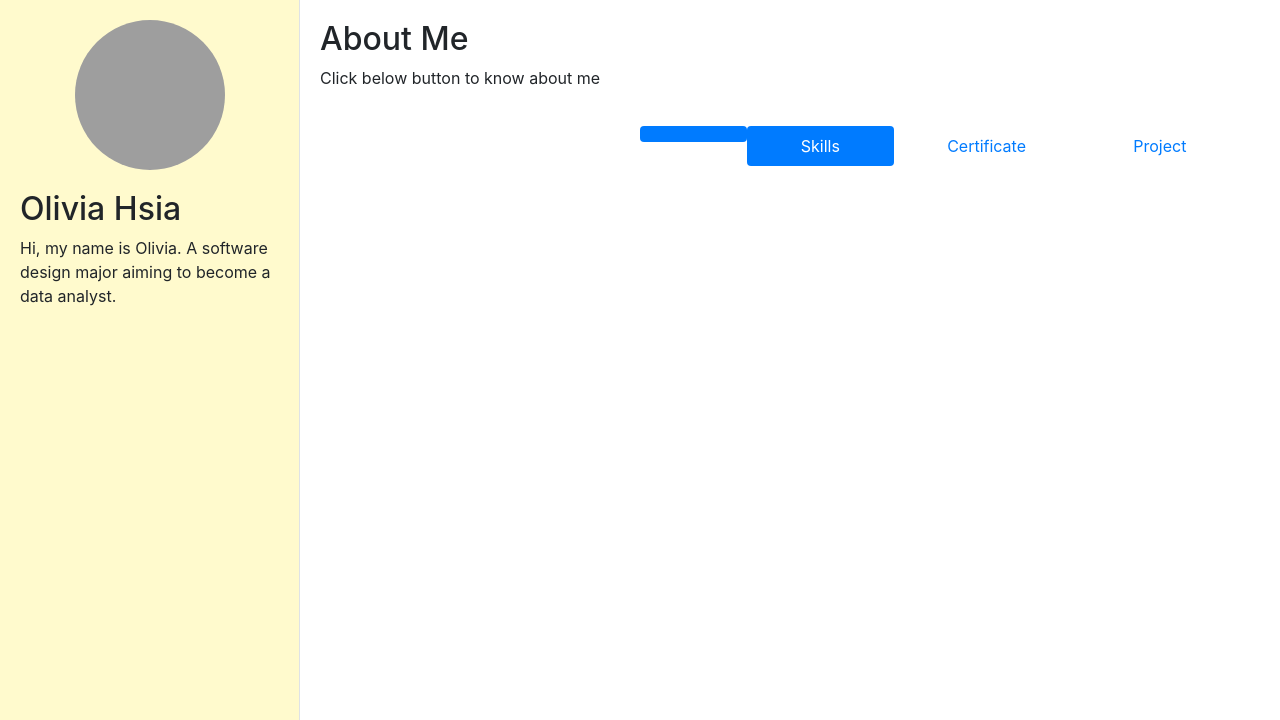
Repository: oliviahsia/FinalProject
Page: src/main/webapp/WEB-INF/main.html
The author's editor kept a copy of each file at every save. The page is drawn from the files as they stood at one save, then again after the next save.
The browser window is 1280 px wide. The pictures show the whole page.
Pictures or frames that could not be fetched are drawn as grey boxes. An inner scrolling area shows only its first screen. Some web libraries are served in a nearby version.

Above is the page before, as saved 2024-03-09 18:25:51.

### src/main/webapp/WEB-INF/main.html
<!DOCTYPE html>
<html lang="en">

<head>
  <meta charset="UTF-8">
  <meta name="viewport" content="width=device-width, initial-scale=1.0">
  <title>Olivia's Portfolio</title>

  <!-- Bootstrap CSS -->
  <link rel="stylesheet" href="https://stackpath.bootstrapcdn.com/bootstrap/4.5.2/css/bootstrap.min.css">
  <!-- External CSS File -->
  <link rel="stylesheet" href="main.css">
</head>

<body>
  <div class="fixed-left">
    <!-- Content in left column -->
    <img src="https://lh3.googleusercontent.com/a/ACg8ocKWVQM9hWLLmIxDOQ-8DDjxv5seJuP0P7FXzxbhLupS1Ffm=s576-c-no"
      alt="Olivia Hsia" class="profile-pic">
    <h2>Olivia Hsia</h2>
    <p>Hi, my name is Olivia. A software design major aiming to become a data analyst. </p>
  </div>

  <div class="scrollable-right">
    <!-- Content in right column -->
    <h2>About Me</h2>
    <p>Click below button to know about me</p>

    <div class="scrollable-right">

      <!-- Navigation buttons replaced with Bootstrap nav-pills -->

      <ul class="nav nav-pills nav-fill">

        <li class="nav-item">
         <a class="nav-link active" href="#" onclick="showSection('Skills',this)"></a>
        </li>

        <li class="nav-item">
          <a class="nav-link active" href="#" onclick="showSection('Skills',this)">Skills</a>
        </li>

        <li class="nav-item">
          <a class="nav-link" href="#" onclick="showSection('Certificate',this)">Certificate</a>
        </li>

        <li class="nav-item">
          <a class="nav-link" href="#" onclick="showSection('Project',this)">Project</a>
        </li>

      </ul>

<!-- Content sections (update as needed with card-like design) -->
<div id="Skills" class="content-section">
  <!-- Add card-like elements here -->
</div>
<div id="Certificate" class="content-section" style="display: none;">
  <!-- Add card-like elements here -->
</div>
<div id="Project" class="content-section" style="display: none;">
  <!-- Add card-like elements here -->
</div>



    </div>

    <!-- Add more content as needed to enable scrolling -->
  </div>

  <!-- Bootstrap JS and dependencies (Optional) -->
  <script src="https://code.jquery.com/jquery-3.5.1.slim.min.js"></script>
  <script src="https://cdn.jsdelivr.net/npm/@popperjs/core@2.5.4/dist/umd/popper.min.js"></script>
  <script src="https://stackpath.bootstrapcdn.com/bootstrap/4.5.2/js/bootstrap.min.js"></script>

  <script src="js/script.js"></script>
</body>

</html>

### src/main/webapp/WEB-INF/main.css
/* Custom styles */
body,
html {
  height: 100%;
  margin: 0;
  /* Remove default margin */
}

.fixed-left {
  position: fixed;
  top: 0;
  left: 0;
  width: 300px;
  /* Set the width of the left column */
  height: 100%;
  background-color: #FFFACD;
  /* Goose yellow for the left column */
  border-right: 1px solid #dee2e6;
  /* Optional border */
  overflow-x: hidden;
  /* Prevent horizontal scrollbar */
  padding: 20px;
  /* Optional padding */
}

.profile-pic {
  width: 150px;
  /* Adjust the size as needed */
  height: 150px;
  /* Adjust the size as needed */
  border-radius: 50%;
  /* Makes the image round */
  display: block;
  /* To center the image in the div */
  margin: 0 auto 20px;
  /* Centers the image and adds space below */
}

.scrollable-right {
  margin-left: 300px;
  /* Same as the width of the left column */
  padding: 20px;
  height: 100%;
  overflow-y: auto;
  /* Enable vertical scrollbar if content overflows */
  background-color: #FFFFFF;
  /* White for the right column */
}

.navigation-buttons button {
  padding: 10px;
  margin-right: 5px;
  cursor: pointer;
}

.content-section {
  display: none;
  /* Hide all sections by default */
}


/* Initial visible section */
#all {
  display: block;
}

### src/main/webapp/WEB-INF/js/script.js
function showSection(sectionId,buttonElement) {
  // First Hide all sections
  var sections = document.getElementsByClassName('content-section');

  for (var i = 0; i < sections.length; i++) {
    sections[i].style.display = 'none';
  }

  // Remove active class from all buttons
  var buttons = document.getElementsByClassName('nav-link');

  for (var i = 0; i < buttons.length; i++) {
    buttons[i].classList.remove('active');
  }

  // Show the selected section
  document.getElementById(sectionId).style.display = 'block';

  // Add active class to the clicked button
  buttonElement.classList.add('active');
}

After the next save:
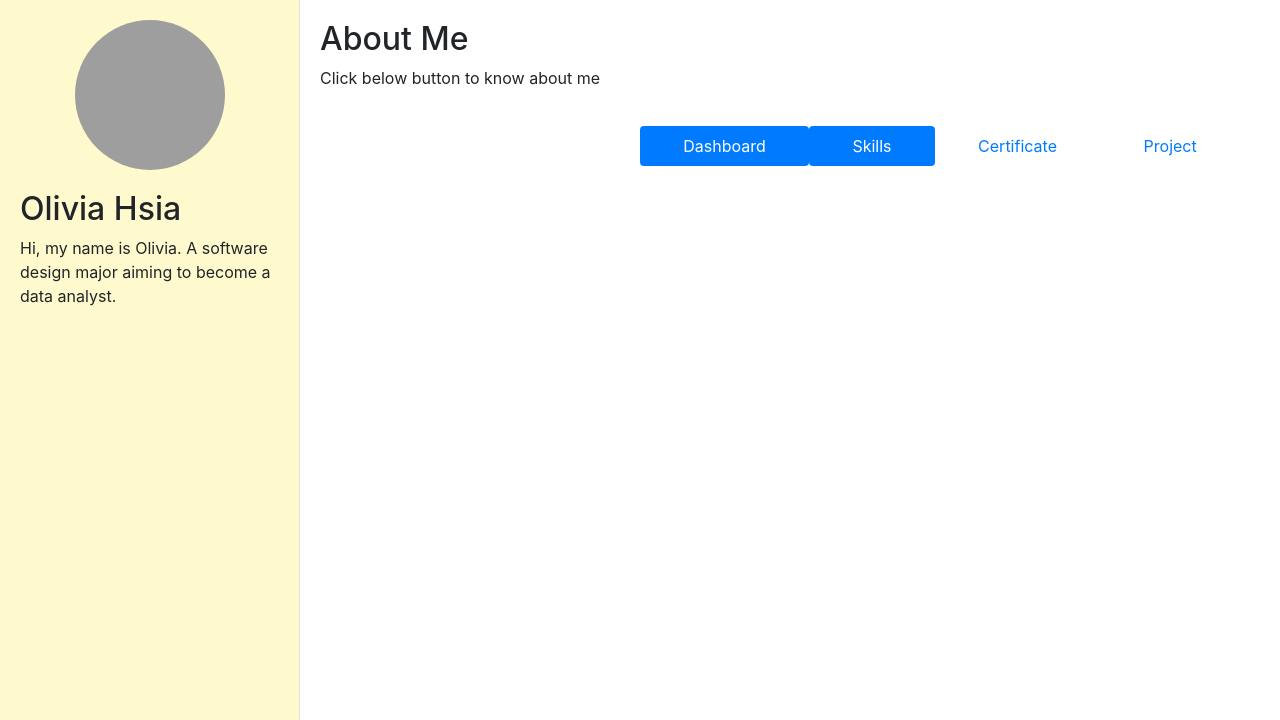
Saved 4 s later.
--- a/src/main/webapp/WEB-INF/main.html
+++ b/src/main/webapp/WEB-INF/main.html
@@ -33,7 +33,7 @@
       <ul class="nav nav-pills nav-fill">
 
         <li class="nav-item">
-         <a class="nav-link active" href="#" onclick="showSection('Skills',this)"></a>
+         <a class="nav-link active" href="#" onclick="showSection('Skills',this)">Dashboard</a>
         </li>
 
         <li class="nav-item">
